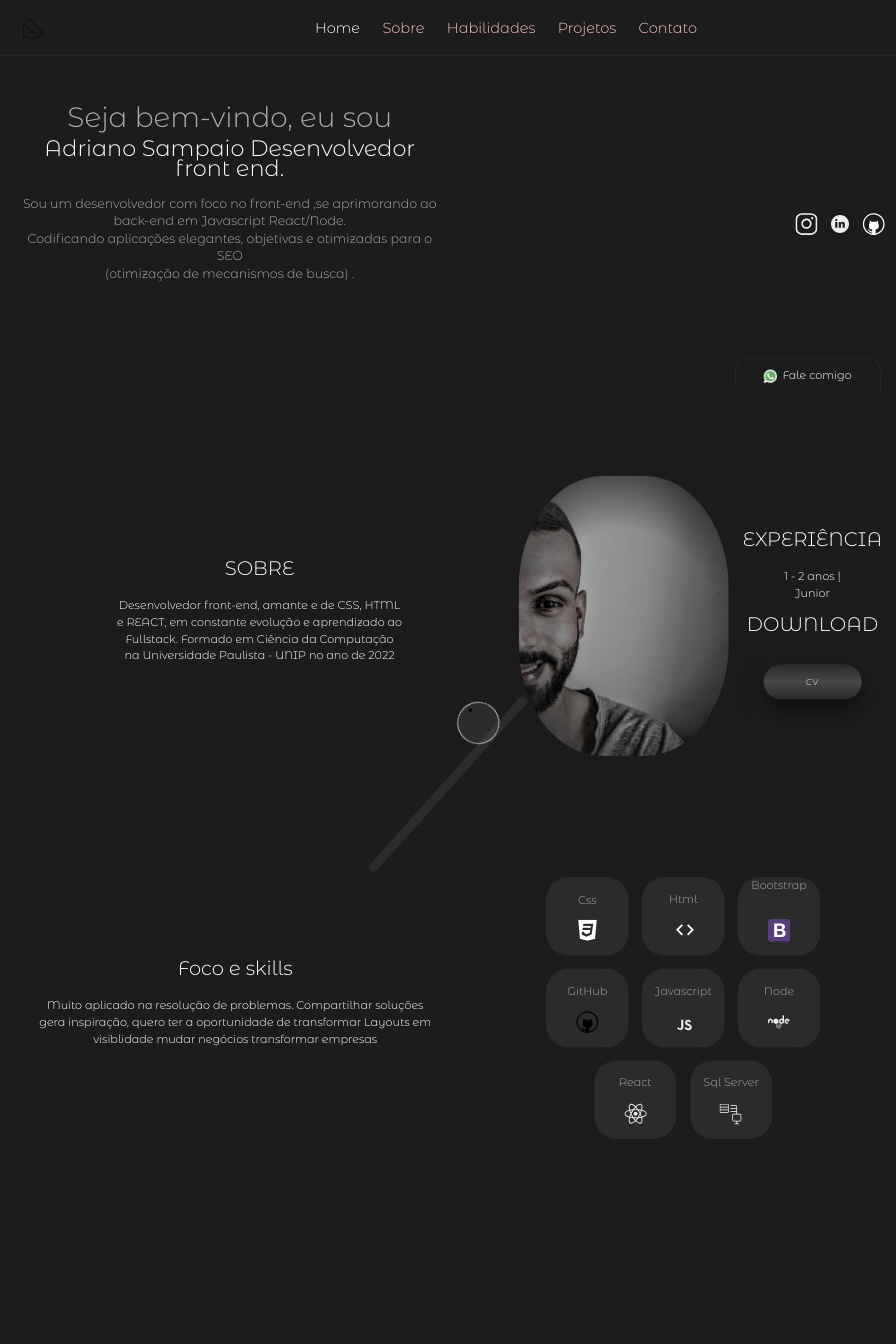
Repository: adrianodisam/NovoPortifolio
Page: /
The author's editor kept a copy of each file at every save. The page is drawn from the files as they stood at one save, then again after the next save.
The browser window is 1280 px wide. The pictures show the part of the page from y = 0 to 1920 px (the page is 3024 px tall), at 70% of full size.
The project was rebuilt for these pictures with package versions that can differ from the ones it lists, and the page was loaded fresh each time. Imported but missing from the stored project, and not drawn on this page: src/componentes/Download/Adriano.pdf.

Above is the page before, as saved 2024-11-02 16:47:47.

### public/index.html
<!DOCTYPE html>
<html lang="pt">

<head>
  <meta charset="utf-8" />
  <link rel="icon" href="./shape.ico" />
  <meta name="viewport" content="width=device-width, initial-scale=1" />
  <meta name="theme-color" content="#000000" />
  <meta name="description" content="Web site created using create-react-app" />
  <link rel="apple-touch-icon" href="%PUBLIC_URL%/logo192.png" />
  <link rel="manifest" href="%PUBLIC_URL%/manifest.json" />
  <link rel="stylesheet" href="path/to/font-awesome/css/font-awesome.min.css" />
  <script src="https://cdn.lordicon.com/fudrjiwc.js"></script>
  <title> Adriano - Desenvolvedor Front-End </title>
  <script id="react-dotenv" src="./env.js"></script>
</head>

<body>
  <noscript>You need to enable JavaScript to run this app.</noscript>
  <script src="https://cdn.lordicon.com/fudrjiwc.js"></script>
  <div id="root"></div>
</body>

</html>

### src/App.css
* {
  margin: 0;
  padding: 0;
}

@font-face {
  font-family: 'Menu';
  src: url('../public/fontes/Cormorant_Garamond/CormorantGaramond-Regular.ttf')
    format('truetype');
}

@font-face {
  font-family: 'Menu1';
  src: url('../public/fontes/Montserrat_Alternates/MontserratAlternates-Light.ttf')
    format('truetype');
}

:root {
  --mainColor: #555;
  --mainColorLight: #e0ffff;
  --secondaryColor: #db2b39;
  --textColor: #ffc1c1;
  --ColorHover: #eee;
  --CorFundo: #1c1c1c;
  --CorBorda: hsla(0, 0%, 67%, 0.1);
  --CorFontApagada: #aaa;
  --CorTexto: #fff;
}

### src/componentes/Footer/Footer.module.css
.Container {
  display: flex;
  justify-content: space-between;
  align-items: center;
  bottom: 0;
  left: 0;
  height: 9rem;
  background-color: #1c1c1c;
}

### src/componentes/Header/Header.module.css
.Container {
  width: 100%;
  height: 40rem;
  display: flex;
  justify-content: center;
  align-items: center;
  /* border-bottom: 1px solid var(--CorBorda); */
  background-color: var(--CorFundo);
}
@media only screen and (max-width: 1024px) {
  .Container {
    display: flex;
    flex-direction: column;
    align-items: center;
    gap: 3rem;
    height: 50rem;
  }
}

### src/componentes/Navbar/Navbar.css
@import url('https://fonts.googleapis.com/css2?family=Titillium+Web:wght@300;400;700&display=swap');

* {
  padding: 0;
  margin: 0;
  box-sizing: border-box;
  font-family: 'Menu1';
}
header {
  display: flex;
  align-items: center;
  justify-content: space-between;
  width: 100%;
  height: 5rem;
  padding: 0 2rem;
  background-color: #1c1c1c;
  color: var(--textColor);
  position: fixed;
  z-index: 20;
  border-bottom: 1px solid var(--CorBorda);
}

nav a {
  margin: 0 1rem;
  color: var(--CorTexto);
  text-decoration: none;
  cursor: pointer;
  font-size: 1.3rem;
}

nav a:hover {
  color: var(--CorFontApagada);
}

header .nav-btn {
  padding: 5px;
  cursor: pointer;
  background: transparent;
  border: none;
  outline: none;
  visibility: hidden;
  opacity: 0;
  font-size: 1.8rem;
  color: var(--CorTexto);
}

header div,
nav {
  display: flex;
  align-items: center;
}

@media only screen and (max-width: 1024px) {
  header .nav-btn {
    visibility: visible;
    opacity: 1;
  }

  header nav {
    position: fixed;
    top: 0;
    left: 0;
    height: 100%;
    width: 100%;
    display: flex;
    flex-direction: column;
    align-items: center;
    justify-content: center;
    gap: 1.5rem;
    background-color: #1c1c1c;
    transition: 1s;
    transform: translateY(-100vh);
  }

  header .responsive_nav {
    transform: none;

    z-index: '4';
    position: fixed;
  }

  nav .nav-close-btn {
    position: absolute;
    top: 2rem;
    right: 2rem;
  }

  nav a {
    font-size: 1.5rem;
  }
}

### src/componentes/WhatsAppContato/WhatsAppContato.module.css
.container {
  display: flex;
  flex-direction: column;
  width: 100%;
  margin-top: 32rem;
  position: fixed;
  justify-content: right;
  align-items: flex-end;
  z-index: 30;
}
.containerSpan {
  display: flex;
  justify-content: center;
  align-items: center;
  width: 13rem;
  border-radius: 15px 15px 1px 15px;
  background-color: var(--CorFundo);
  border: 1px solid var(--CorBorda);
  padding: 12px 16px 12px 16px;
  margin-right: 1.4rem;
  transition: 2s;
}
.containerSpan:hover {
  background-color: hsla(0, 0%, 67%, 0.1);
  border: 1px solid var(--CorBorda);
  box-shadow: 0px 3px 5px 0px rgba(0, 0, 0, 0.5);
}
.containerSpan span {
  color: var(--CorTexto);
  text-decoration: none;
  font-size: 1rem;
}
.containerSpan img {
  width: 1.2rem;
  margin-right: 0.5rem;
}
.containerSpan a {
  text-decoration: none;
}

@media only screen and (max-width: 1024px) {
  .container {
    margin-top: 37rem;
  }
}

### src/componentes/Contato/Contato.module.css
.Container {
  display: flex;
  justify-content: space-evenly;
  align-items: center;
  width: 100%;
  height: 30rem;
  flex-direction: column;
  padding: 2rem;
  background-color: var(--CorFundo);
  border-bottom: solid 1px var(--CorBorda);
}
.ContainerContato {
  display: flex;
  align-items: center;
}

@media only screen and (max-width: 1024px) {
  .Container {
    flex-direction: column;
  }
  .ContainerContato {
    display: flex;
    flex-direction: column;
  }
}

### src/componentes/Sobre/Sobre.module.css
.Container {
  display: flex;
  justify-content: center;
  align-items: center;
  width: 100%;
  height: 30rem;
  /* border-bottom: 1px solid var(--CorBorda); */
  background-color: var(--CorFundo);
}

.Container h1 {
  color: var(--CorTexto);
}

@media (max-width: 900px) {
  .Container {
    flex-direction: column;
    height: 100%;
    padding: 1rem;
  }
}

### src/componentes/Habilidades/Habilidades.module.css
.Container {
  display: flex;
  justify-content: space-around;
  align-items: center;
  width: 100%;
  height: 40rem;
  background-color: var(--CorFundo);
  /* border-bottom: 1px solid var(--CorBorda); */
}
.ContainerAnima {
  display: flex;
  flex-direction: column;
  justify-content: center;
  width: 60%;
}

@media only screen and (max-width: 1024px) {
  .Container {
    flex-direction: column;
    height: 55rem;
  }
  .ContainerAnima {
    width: 100%;
    align-items: center;
  }
}

### src/componentes/Projetos/Projetos.module.css
.Container {
  display: flex;
  justify-content: center;
  gap: 2rem;
  align-items: center;
  width: 100%;
  height: 40rem;
  background-color: var(--CorFundo);
}

.Container h1 {
  color: var(--CorTexto);
}

@media (max-width: 900px) {
  .Container {
    flex-direction: column;
  }
}

### src/componentes/AnimacaoContato/AnimacaoContato.module.css
.Container {
  display: flex;
  justify-content: center;
  align-items: center;
}
.ball {
  position: relative;
  bottom: 50px;
  left: calc(100% - 20px);
  width: 60px;
  height: 60px;
  background: var(--CorBorda);
  border-radius: 50%;
  border: solid 1px #fff;
  animation: ball-move8234 3s ease-in-out 1s infinite alternate;
}

.ball::after {
  position: absolute;
  content: '';
  top: 25px;
  right: 5px;
  width: 5px;
  height: 5px;
  background: #000;
  border-radius: 50%;
}

.bar {
  position: absolute;
  width: 330px;
  height: 12.5px;
  background: var(--CorBorda);
  border-radius: 30px;
  transform: rotate(-19deg);
  animation: up-down6123 3s ease-in-out 1s infinite alternate;
}

@keyframes up-down6123 {
  from {
    transform: rotate(-60deg);
  }

  to {
    transform: rotate(1deg);
  }
}

@keyframes ball-move8234 {
  from {
    left: calc(100% - 40px);
    transform: rotate(360deg);
  }

  to {
    left: calc(0% - 20px);
    transform: rotate(0deg);
  }
}
@media only screen and (max-width: 1024px) {
  .Container {
    width: 100%;
  }
  .bar {
    margin-top: 9rem;
    width: 300px;
    height: 12.5px;
  }
}

### src/componentes/TextoRoda/TextoRoda.module.css
.Container {
  display: flex;
  align-items: center;
  justify-content: center;
  width: 100%;
  height: 6rem;
  color: var(--CorTexto);
}
.Container span {
  display: flex;
  margin: 2rem;
  text-align: center;
  color: var(--CorTexto);
}

### src/componentes/RedeSociais/RedeSociais.module.css
.Container {
  display: flex;
  align-items: center;
  width: 100%;
  height: 40%;
}
.Container svg {
  width: 2rem;
  height: 3rem;
  fill: #eee;
  margin-right: 1rem;
}
.Container svg:hover {
  width: 2rem;
  height: 3rem;
  fill: var(--CorFontApagada);
  margin-right: 1rem;
}
@media only screen and (max-width: 1024px) {
  .Container svg {
    width: 2rem;
    height: 3rem;
    fill: #eee;
    margin-right: 1rem;
  }
}

### src/componentes/Banner/Banner.module.css
.Container {
  display: flex;
  justify-content: center;
  align-items: center;
  background-color: var(--corFundo);
  border-bottom: 0.1 solid var(--CorBorda);
  width: 100%;
  height: 100%;
  flex-direction: column;
  padding: 2rem;
}
.Container h1 {
  color: var(--CorFontApagada);
  font-style: normal;
  font-weight: 300;
  line-height: 45px;
  text-align: center;
}
.Container h2 {
  color: var(--CorTexto);
  font-style: normal;
  font-weight: 300;
  font-size: 16px;
  line-height: 29px;
  text-align: center;
  font-size: 2rem;
}
.Container p {
  color: var(--CorFontApagada);
  line-height: 25px;
  text-align: center;
  font-size: 18px;
  font-weight: 200;
  margin-bottom: 2rem;
  margin-top: 1rem;
}

@media only screen and (max-width: 1024px) {
  .Container {
    margin-top: 6rem;
  }
  .Container h1 {
    font-size: 1.3rem;
  }
  .Container h2 {
    font-size: 1.7rem;
  }
}

### src/componentes/Logo/Logo.module.css
.Container {
  width: 20%;
  height: 100%;
}

### src/componentes/CardContato/CardContato.module.css
.Container {
  display: flex;
  justify-content: center;
  align-items: center;
  flex-direction: column;
  padding: 2rem;
}
.Container h1 {
  font-family: 'Menu1';
  font-style: normal;
  font-weight: 300;
  font-size: 2rem;
  line-height: 3rem;
  color: var(--CorTexto);
  text-align: center;
}
.Container small {
  color: var(--CorFontApagada);
  text-align: center;
}

.Container svg {
  fill: #555;
}
.Container svg:hover {
  fill: var(--CorTexto);
}

@media only screen and (max-width: 1024px) {
  .Container {
    flex-direction: column;
  }
  .Container h1 {
    font-size: 1.3rem;
  }
}

### src/componentes/FotoSobre/FotoSobre.module.css
.Container {
  display: flex;
  justify-content: center;
  align-items: center;
  width: 50%;
  /* border: solid 4px var(--CorBorda); */
  /* border-radius: 50%; */
  /* background: hsla(0, 0%, 67%, 0.1); */
}

.Container img {
  display: flex;
  width: 15rem;
  transition: all 0.4s;
  width: 300px; /* Ajuste o tamanho conforme necessário */
  height: 400px; /* Ajuste o tamanho conforme necessário */
  object-fit: cover;
  border-radius: 40%; /* Raio para bordas arredondadas */
  box-shadow: 0 0 30px 15px rgba(28, 28, 28, 0.8); /* Sombra esfumaçada */
}
/* Adiciona o efeito esfumaçado ao redor da imagem */
.Container::before {
  content: '';
  position: absolute;
  width: 300px; /* Um pouco maior que a imagem para o efeito de borda */
  height: 400px;
  background: radial-gradient(circle, rgba(28, 28, 28, 0) 50%, #1c1c1c 100%);
  border-radius: 15px;
  z-index: 0;
}



@media only screen and (max-width: 1024px) {
  .Container img {
    width: 15rem;
    opacity: 0.8;
  }
  .Container {
    width: 70%;

    /* background: hsla(0, 0%, 67%, 0.1); */
  }
}

### src/componentes/TextoCurriculo/TextoCurriculo.module.css
.Container {
  display: flex;
  justify-content: center;
  flex-direction: column;
  align-items: center;
  width: 40%;
}

### src/componentes/TextoSobre/TextoSobre.module.css
.Container {
  display: flex;
  align-items: center;
  justify-content: center;
  flex-direction: column;
}

### src/componentes/CaixaTecnologias/CaixaTecnologias.module.css
.Container {
  display: flex;
  justify-content: space-around;
  flex-wrap: wrap;
  gap: 1.2rem;
  height: 100%;
  left: 30px;
  place-content: center;
  place-items: center;
  top: 0;
  width: 40%;
  z-index: 0;
}
@media only screen and (max-width: 1024px) {
  .Container {
    width: 80%;
    align-items: center;
    justify-content: center;
  }
}

### src/componentes/Skills/Skills.module.css
.Container {
  align-items: center;
  display: flex;
  justify-content: center;
  flex-direction: column;
  transition: all 0.5s;
  gap: 1rem;
  /* width: 23%; */
  text-align: center;
}

.Container h3 {
  color: var(--CorTexto);
}
.Container p {
  color: var(--CorTexto);
}
@media only screen and (max-width: 1024px) {
  .Container {
    flex-direction: column;
    margin-top: 3rem;
    width: 90%;
  }
}

### src/componentes/MenuProjetos/MenuProjetos.module.css
.Container {
  display: flex;
  justify-content: center;
  align-items: center;
}

### src/componentes/Download/Download.module.css
/* .Container {
  align-items: center;
  display: flex;
  justify-content: center;
  flex-direction: column;
  transition: all 0.5s;
  gap: 1rem;
  text-align: center;
  border: solid 1px var(--CorBorda);
  padding: 1rem;
  border-radius: 2rem;
}
.Container a {
  text-decoration: none;
  color: var(--CorTexto);
}
.Container:hover {
  background-color: hsla(0, 0%, 37%, 0.1);
} */

.btn {
  width: 140px;
  height: 50px;
  background: linear-gradient(
    to top,
    hsla(0, 0%, 67%, 0.1),
    hsla(0, 0%, 67%, 0.3),
    hsla(0, 0%, 67%, 0.1)
  );
  color: #fff;
  border-radius: 50px;
  border: none;
  outline: none;
  cursor: pointer;
  position: relative;
  box-shadow: 0 15px 30px rgba(0, 0, 0, 0.5);
  overflow: hidden;
}

.btn span {
  font-size: 12px;
  text-transform: uppercase;
  letter-spacing: 1px;
  transition: top 0.5s;
  color: #fff;
}

.btn_text_one {
  position: absolute;
  width: 100%;
  top: 50%;
  left: 0;
  transform: translateY(-50%);
}

.btn_text_two {
  position: absolute;
  width: 100%;
  top: 150%;
  left: 0;
  transform: translateY(-50%);
}

.btn:hover .btn_text_one {
  top: -100%;
}

.btn:hover .btn_text_two {
  top: 50%;
}

### src/componentes/Tecnologia/Tecnologia.module.css
.Container {
  align-items: center;
  background: hsla(0, 0%, 67%, 0.1);
  border-radius: 2rem;
  display: flex;
  height: 7rem;
  justify-content: center;
  flex-direction: column;
  transition: all 0.5s;
  width: 23%;
  text-align: center;
}
.Container:hover {
  background: hsla(0, 0%, 37%, 0.1);
}
.Container p {
  color: var(--CorFontApagada);
}
.Container svg {
  transition: all 0.3s;
  fill: var(CorTexto);
  width: 2rem;
}
.Container svg:hover {
  fill: var(--CorFontApagada);
}
@media only screen and (max-width: 1024px) {
  .Container {
    display: flex;
    width: 29%;
    height: 0.2rem;
    background-color: transparent;

    margin-top: 2rem;
  }
  .Container svg {
    display: none;
  }
  .Container p {
    font-size: 1rem;
    text-align: center;
    border: 1px solid var(--CorFontApagada);
    border-radius: 2rem;
    background: hsla(0, 0%, 67%, 0.1);
    padding: 0.3rem;
  }
}

### src/componentes/Botao/Botao.module.css
.Container {
  display: flex;
  justify-content: center;
  align-items: center;
  width: 9rem;
  height: 2rem;
  border: 1px solid var(--CorBorda);
  color: var(--CorTexto);
  cursor: pointer;
}
.Container:hover {
  background: hsla(0, 0%, 37%, 0.1);
}
.Container a {
  text-decoration: none;
  color: var(--CorTexto);
}

@media only screen and (max-width: 1024px) {
  .Container {
    margin-top: 2rem;
  }
}

Loaded but not shown: src/index.js (common file); src/index.css (common file); src/reportWebVitals.js (common file); src/componentes/SvgNode/SvgNode.js (library); public/env.js (common file); src/componentes/SvgReact/SvgReact.js (17 lines, source omitted); src/componentes/SvgInstagram/SvgInstagram.js (23 lines, source omitted); src/componentes/SvgGitHub/SvgGitHub.js (16 lines, source omitted); src/componentes/SvgGit/SvgGit.js (13 lines, source omitted); src/componentes/WhatsAppContato/WhatsAppContato.js (57 lines, source omitted); src/componentes/SvgBootstrap/SvgBootstrap.js (18 lines, source omitted); src/componentes/Navbar/Navbar.js (51 lines, source omitted); src/componentes/SvgSql/SvgSql.js (14 lines, source omitted); src/componentes/CaixaTecnologias/CaixaTecnologias.js (28 lines, source omitted); src/componentes/SvgLinkedin/SvgLinkedin.js (19 lines, source omitted); src/App.js (32 lines, source omitted); src/componentes/RedeSociais/RedeSociais.js (29 lines, source omitted); src/componentes/MobPc/MobPc.js (40 lines, source omitted); src/componentes/Projetos/Projetos.js (22 lines, source omitted); src/componentes/SvgJavascript/SvgJavascript.js (17 lines, source omitted); src/componentes/Habilidades/Habilidades.js (20 lines, source omitted); src/componentes/Banner/Banner.js (21 lines, source omitted); src/componentes/Projeto/Projeto.js (30 lines, source omitted); src/componentes/SvgCss/SvgCss.js (21 lines, source omitted); src/componentes/TextoSobre/TextoSobre.js (19 lines, source omitted); src/componentes/Download/Download.js (19 lines, source omitted); src/componentes/Flutuante/Flutuante.js (20 lines, source omitted); src/componentes/Footer/Footer.js (18 lines, source omitted); src/componentes/Header/Header.js (17 lines, source omitted); src/componentes/TextoCurriculo/TextoCurriculo.js (16 lines, source omitted); src/componentes/Contato/Contato.js (18 lines, source omitted); src/componentes/Sobre/Sobre.js (17 lines, source omitted); src/componentes/CardContato/CardContato.js (17 lines, source omitted); src/componentes/SvgHtml/SvgHtml.js (12 lines, source omitted); src/componentes/Skills/Skills.js (15 lines, source omitted); src/componentes/MenuProjetos/MenuProjetos.js (13 lines, source omitted); src/componentes/AnimacaoContato/AnimacaoContato.js (14 lines, source omitted); src/componentes/FotoSobre/FotoSobre.js (13 lines, source omitted); src/componentes/Logo/Logo.js (12 lines, source omitted); src/componentes/Botao/Botao.js (14 lines, source omitted); src/componentes/Tecnologia/Tecnologia.js (13 lines, source omitted); src/componentes/TextoRoda/TextoRoda .js (12 lines, source omitted); src/componentes/Flutuante/Flutuante.module.css (197 lines, source omitted)

After the next save:
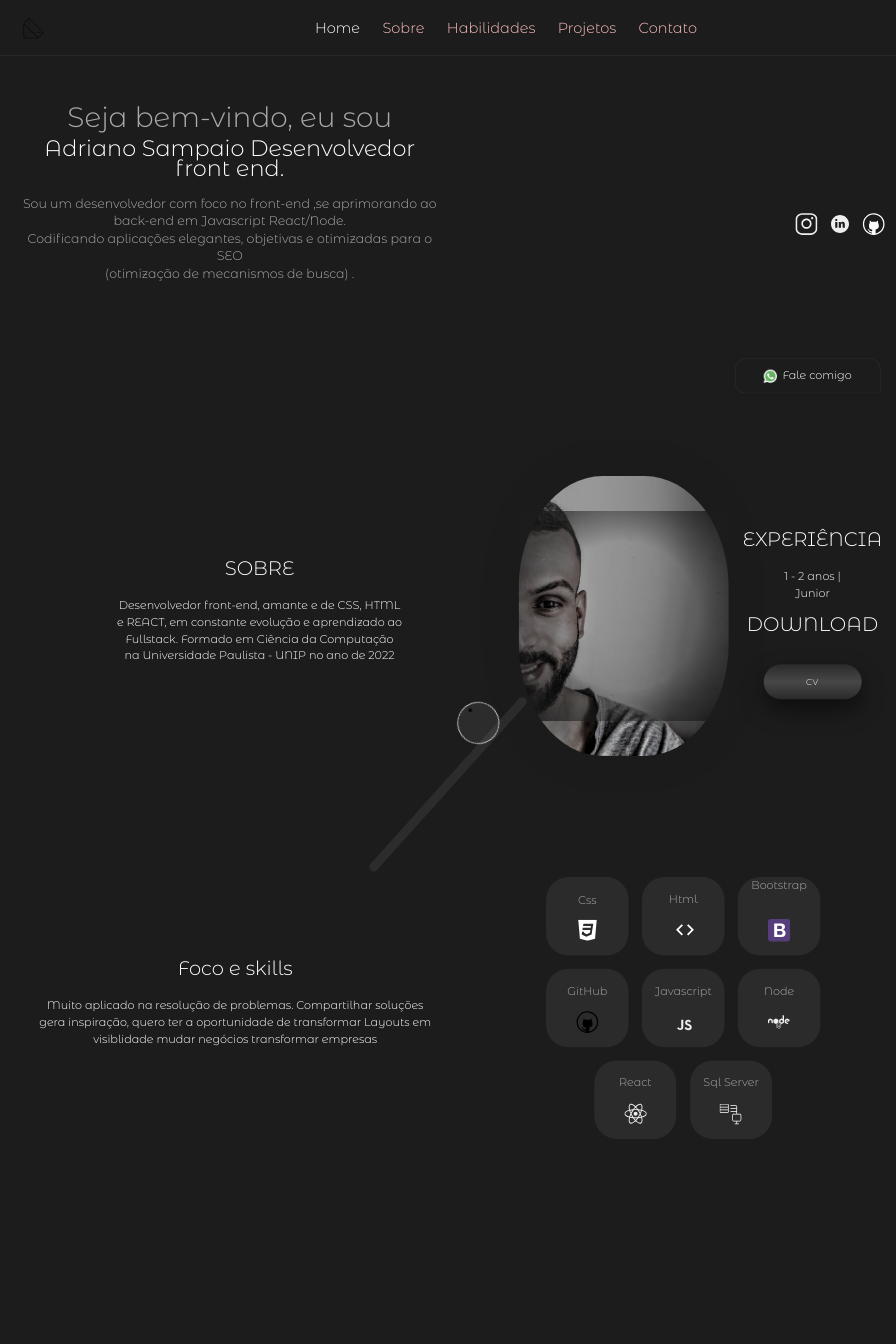
Saved 10 s later.
--- a/src/componentes/FotoSobre/FotoSobre.module.css
+++ b/src/componentes/FotoSobre/FotoSobre.module.css
@@ -23,7 +23,7 @@
   content: '';
   position: absolute;
   width: 300px; /* Um pouco maior que a imagem para o efeito de borda */
-  height: 400px;
+  height: 300px;
   background: radial-gradient(circle, rgba(28, 28, 28, 0) 50%, #1c1c1c 100%);
   border-radius: 15px;
   z-index: 0;

After the save that followed:
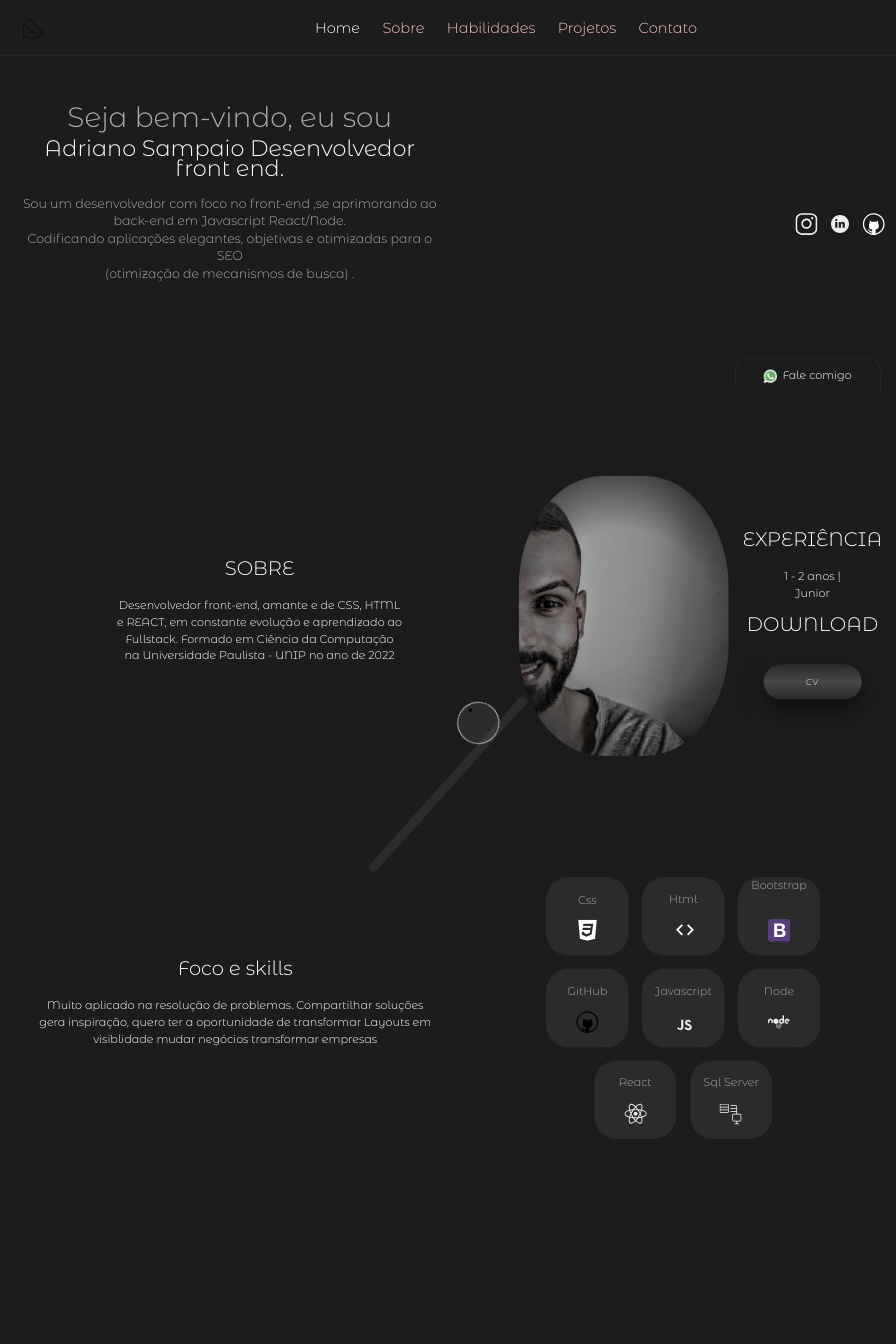
Saved 17 s later.
--- a/src/componentes/FotoSobre/FotoSobre.module.css
+++ b/src/componentes/FotoSobre/FotoSobre.module.css
@@ -23,7 +23,7 @@
   content: '';
   position: absolute;
   width: 300px; /* Um pouco maior que a imagem para o efeito de borda */
-  height: 300px;
+  height: 400px;
   background: radial-gradient(circle, rgba(28, 28, 28, 0) 50%, #1c1c1c 100%);
   border-radius: 15px;
   z-index: 0;
